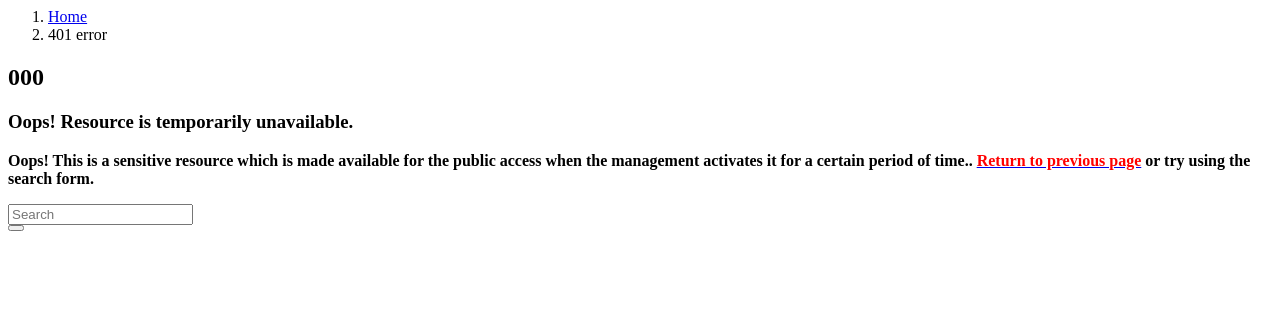
Repository: sanjeev167/IndiaOnLineVoting_3112020
Page: http://localhost/IndiaOnLineVoting/WEB-INF/jsp/resultNotPublished.jsp
An editor plug-in stored every save of this project. The page is shown before and after the next save, followed by the edit.
The browser window is 1280 px wide. The pictures show the whole page.
The page is served by Tomcat 9. Nobody is signed in. Other server files are loaded and not shown. The template is opened directly, without the code that normally fills it, so the values that code supplies are empty.

Above is the page before, as saved 2020-11-10 16:41:29.

### IndiaOnLineVoting/src/main/webapp/WEB-INF/jsp/resultNotPublished.jsp
<html>
<head>
<meta charset="utf-8">
<meta http-equiv="X-UA-Compatible" content="IE=edge">
<head>
<title>IndiaOnLineVoting | 401 Page not found</title>
</head>
<body>
	<section class="content-header">
		<ol class="breadcrumb">
			<li><a href="#"><i class="fa fa-dashboard"></i> Home</a></li>

			<li class="active">401 error</li>
		</ol>
	</section>

	<!-- Main content -->
	<section class="content">

		<div class="error-page">
			<h2 class="headline text-red">000 </h2>

			<div class="error-content">
				<h3>
					<i class="fa fa-warning text-red"></i><strong> Oops! Resource is temporarily unavailable.</strong>
				</h3>

				<p>
					<strong> Oops! This is a sensitive resource which is made available for the public access when the management activates it for a certain period of time.. <a href="#"
						onclick="javascript:history.go(-1)"><strong style="color: red">Return
								to previous page</strong></a> or try using the search form.
					</strong>
				</p>

				<form class="search-form">
					<div class="input-group">
						<input type="text" name="search" class="form-control"
							placeholder="Search">

						<div class="input-group-btn">
							<button type="submit" name="submit"
								class="btn btn-danger btn-flat">
								<i class="fa fa-search"></i>
							</button>
						</div>
					</div>
					<!-- /.input-group -->
				</form>
			</div>
		</div>
		<!-- /.error-page -->

	</section>
	<!-- /.content -->
</body>
</html>

After the next save:
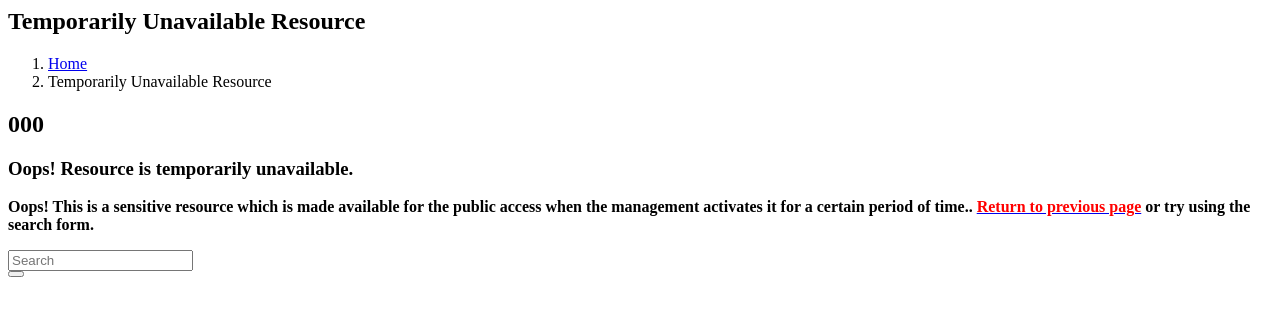
Saved 112 s later.
--- a/IndiaOnLineVoting/src/main/webapp/WEB-INF/jsp/resultNotPublished.jsp
+++ b/IndiaOnLineVoting/src/main/webapp/WEB-INF/jsp/resultNotPublished.jsp
@@ -7,10 +7,13 @@
 </head>
 <body>
 	<section class="content-header">
+	   <h1>
+       Temporarily Unavailable Resource
+      </h1>
 		<ol class="breadcrumb">
 			<li><a href="#"><i class="fa fa-dashboard"></i> Home</a></li>
 
-			<li class="active">401 error</li>
+			<li class="active"> Temporarily Unavailable Resource</li>
 		</ol>
 	</section>
 
